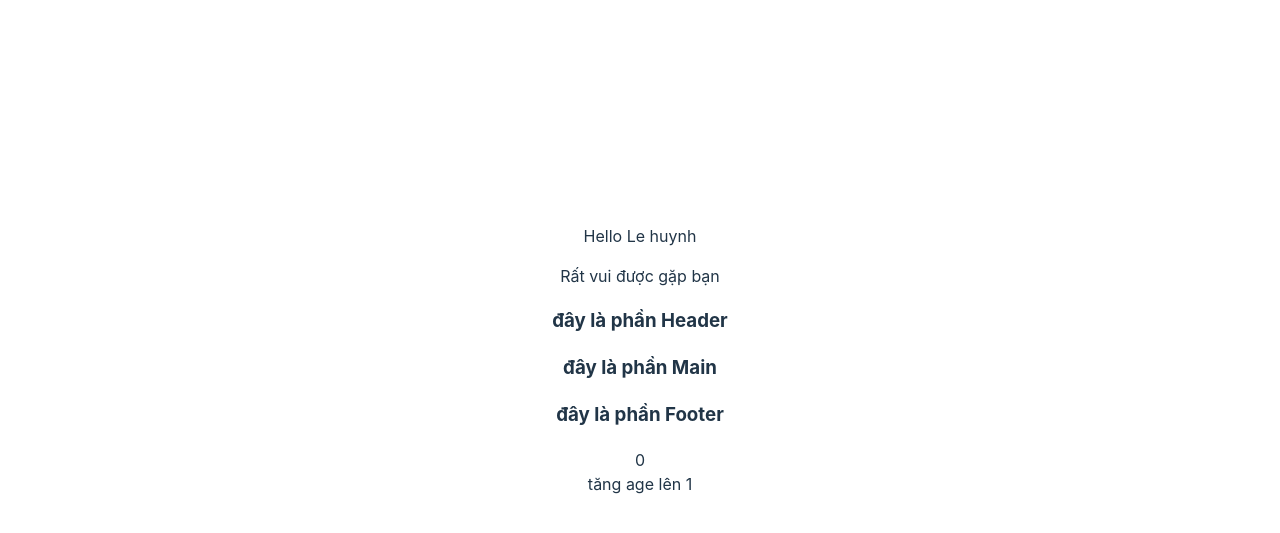
Repository: Lehuyhuynh/BT_ReactJs
Page: / (app in vite-project/)
An editor plug-in stored every save of this project. The page is shown before and after the next save, followed by the edit.
The browser window is 1280 px wide. The pictures show the whole page.
The project was rebuilt for these pictures with package versions that can differ from the ones it lists, and the page was loaded fresh each time. Also part of the build but not shown: vite-project/vite.config.js.

Above is the page before, as saved 2023-09-25 14:06:01.

After the next save:
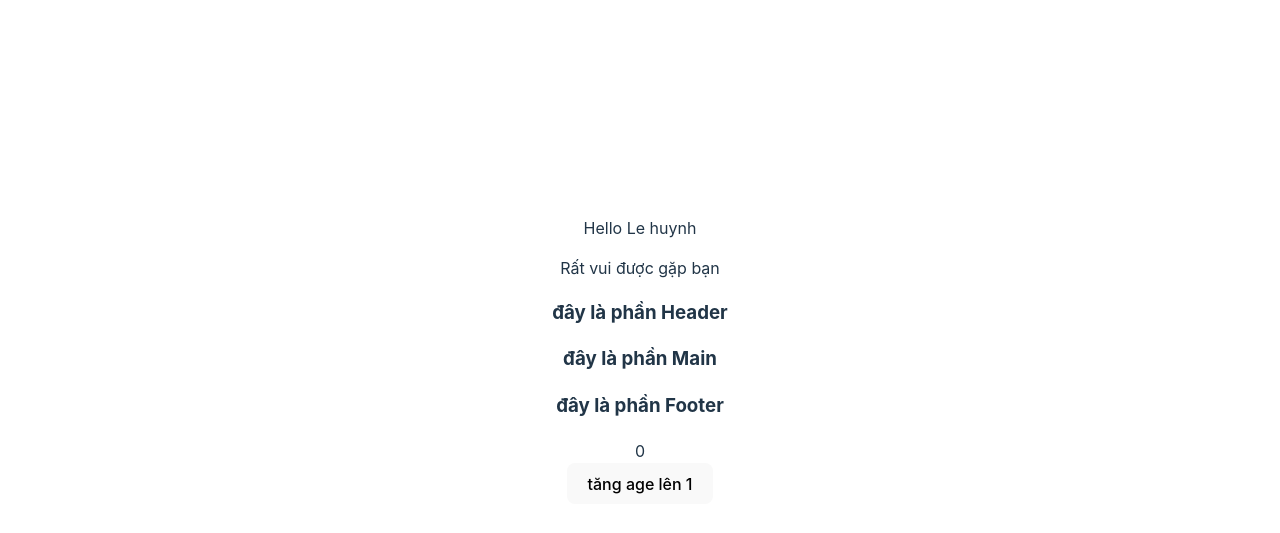
Saved 2 min 32 s later.
--- a/vite-project/src/BaiHoc9/BTH3.JSX
+++ b/vite-project/src/BaiHoc9/BTH3.JSX
@@ -8,7 +8,7 @@ function BTH3() {
   return (
     <div className="container">
       <div> {age} </div>
-      <div onClick={onIncreaseAge}> tăng age lên 1 </div>
+      <button onClick={onIncreaseAge}> tăng age lên 1 </button>
     </div>
   );
 }
